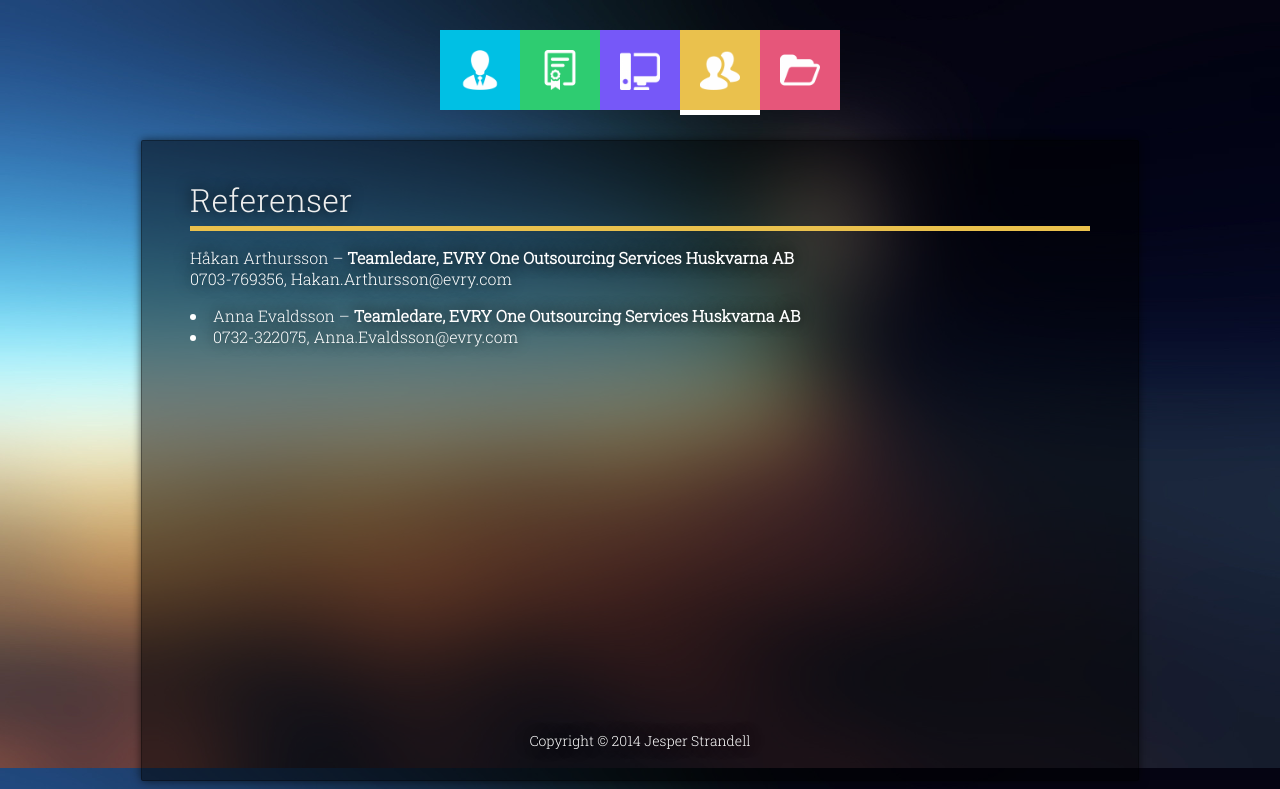
Repository: ja222vv/minipage
Page: pages/references.html
The author's editor kept a record of every edit. The page is drawn from the files as they stood at one moment, then again after the next edit.
The browser window is 1280 px wide. The pictures show the whole page.
Backgrounds fixed to the window are drawn as part of the page.

Above is the page before.
Not found: pages/scripts/script.js

After the next edit:
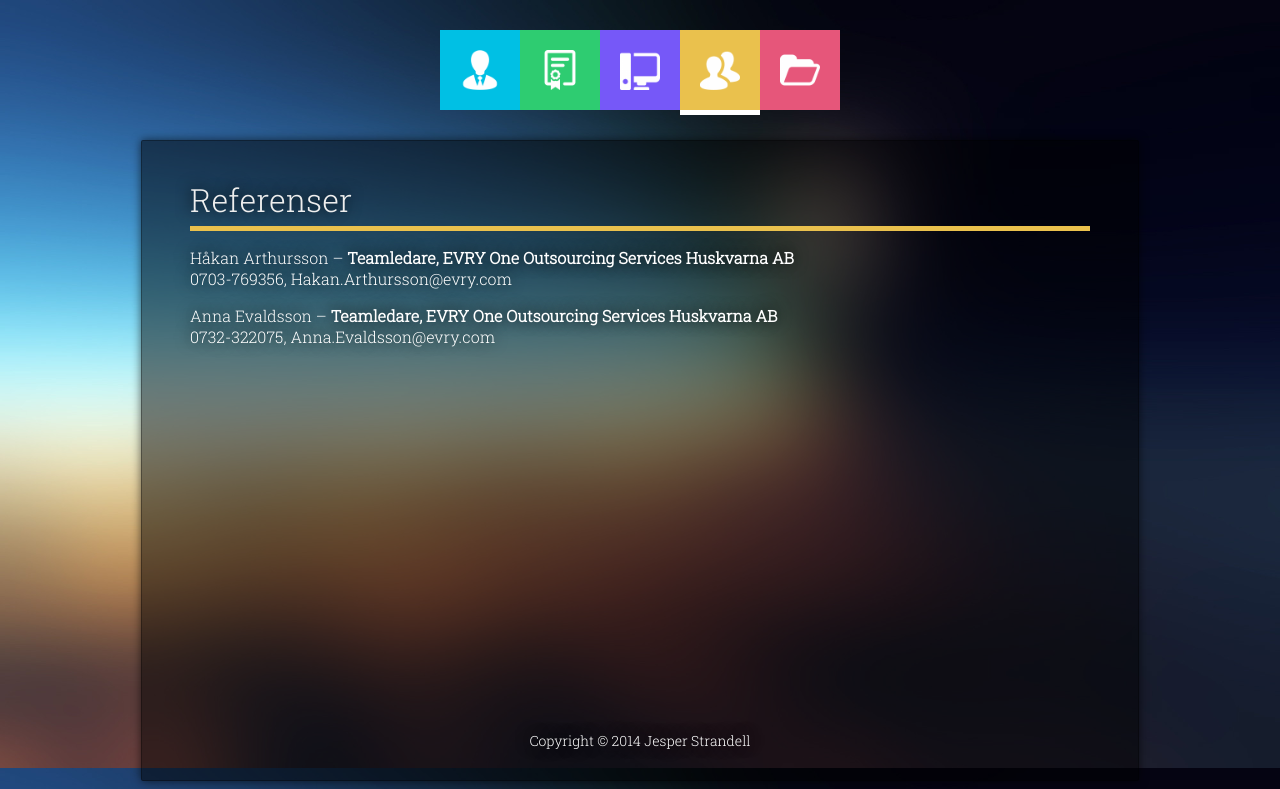
The edit:
--- a/pages/references.html
+++ b/pages/references.html
@@ -49,8 +49,8 @@
                     <li class="nostyle">0703-769356, Hakan.Arthursson@evry.com</li>
                 </p>
                 <p>
-                    <li>Anna Evaldsson – <b>Teamledare, EVRY One Outsourcing Services Huskvarna AB</b></li>
-                    <li>0732-322075, Anna.Evaldsson@evry.com</li>
+                    <li class="nostyle">Anna Evaldsson – <b>Teamledare, EVRY One Outsourcing Services Huskvarna AB</b></li>
+                    <li class="nostyle">0732-322075, Anna.Evaldsson@evry.com</li>
                 </p>
             </div>
 		    <div class="footer">
